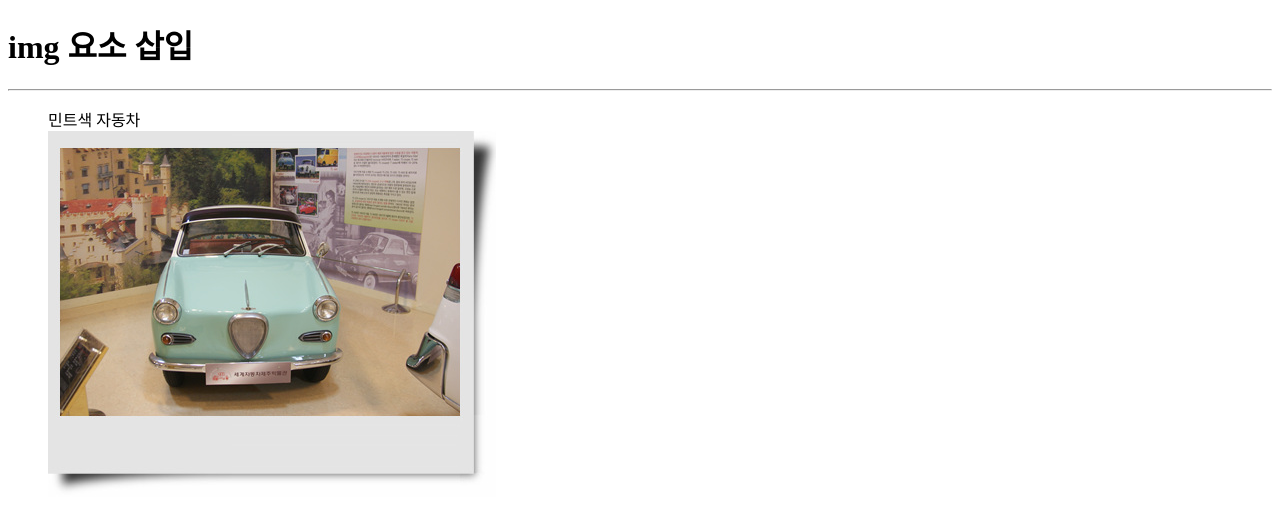
Repository: ghkdtpehd/java_html
Page: 01_HTML/src/main/webapp/Ex03.html
An editor plug-in stored every save of this project. The page is shown before and after the next save, followed by the edit.
The browser window is 1280 px wide. The pictures show the whole page.

Above is the page before, as saved 2021-06-28 01:32:51.

### 01_HTML/src/main/webapp/Ex03.html
<!DOCTYPE html>
<html>
<head>
<meta charset="UTF-8">
<title>Ex03</title>
</head>
<body>
	<h1>img 요소 삽입</h1>
	<hr>

	<div>
		<figure>
			<figcaption>민트색 자동차</figcaption>
			<img src="images/car/car2.jpg">
		</figure>
	</div>
</body>
</html>

After the next save:
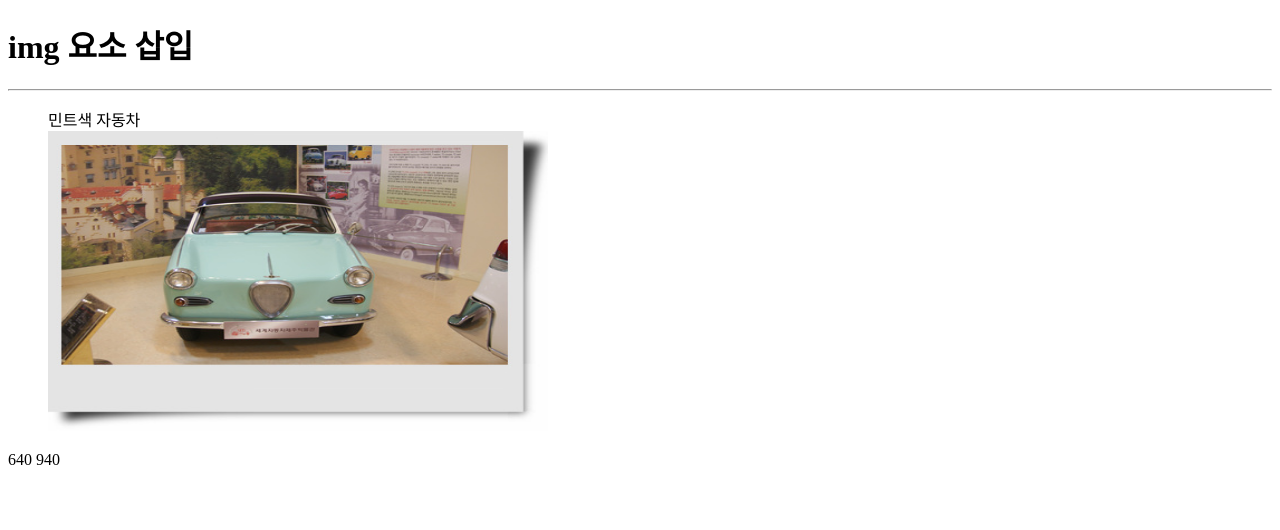
Saved 3 min 53 s later.
--- a/01_HTML/src/main/webapp/Ex03.html
+++ b/01_HTML/src/main/webapp/Ex03.html
@@ -11,8 +11,8 @@
 	<div>
 		<figure>
 			<figcaption>민트색 자동차</figcaption>
-			<img src="images/car/car2.jpg">
+			<img src="images/car/car2.jpg" alt="민트차" width="500" height="300">
 		</figure>
 	</div>
 </body>
-</html>
+</html> 640 940
